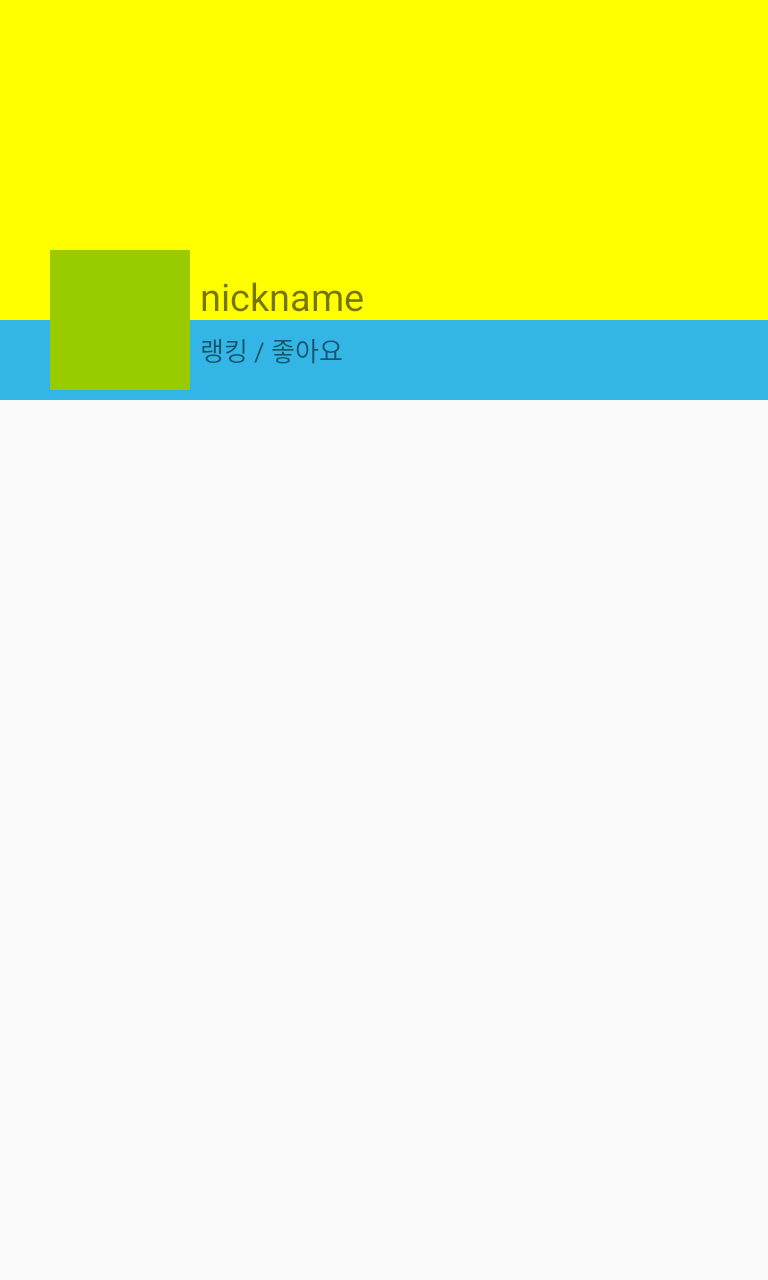
Repository: DAHYEON-PARK/SKP-GROUP
Layout: recipe/res/layout/fragment_category.xml
The author's editor kept a copy of each file at every save. The layout is drawn from the files as they stood at one save, then again after the next save.
It is drawn on a 768 x 1280 px phone screen (xhdpi) without system bars, with theme AppTheme; the app's code is not run.

Above is the layout before, as saved 2015-02-19 10:51:51.

### recipe/res/layout/fragment_category.xml
<?xml version="1.0" encoding="utf-8"?>
<LinearLayout xmlns:android="http://schemas.android.com/apk/res/android"
    android:layout_width="match_parent"
    android:layout_height="match_parent"
    android:orientation="vertical" >

    <FrameLayout
        android:layout_width="match_parent"
        android:layout_height="200dp"
        android:background="@color/blue">

        <ImageView
            android:layout_width="match_parent"
            android:layout_height="160dp"
            android:background="@color/yellow"/>

        <ImageView
            android:layout_width="70dp"
            android:layout_height="70dp"
            android:layout_marginTop="125dp"
            android:layout_marginLeft="25dp"
            android:background="@color/green"/>

        <TextView
            android:layout_width="wrap_content"
            android:layout_height="wrap_content"
            android:text="nickname"
            android:layout_marginTop="135dp"
            android:layout_marginLeft="100dp"
            android:textSize="@dimen/sp18"/>

        <TextView
            android:layout_width="wrap_content"
            android:layout_height="wrap_content"
            android:text="랭킹 / 좋아요"
            android:layout_marginTop="165dp"
            android:layout_marginLeft="100dp"
            android:textSize="@dimen/sp12"/>

    </FrameLayout>

    <LinearLayout
        android:layout_width="match_parent"
        android:layout_height="wrap_content">


    </LinearLayout>

</LinearLayout>

### recipe/res/values/color.xml
<?xml version="1.0" encoding="utf-8"?>
<resources>
    <item name="blue" type="color">#FF33B5E5</item>
    <item name="purple" type="color">#FFAA66CC</item>
    <item name="green" type="color">#FF99CC00</item>
    <item name="orange" type="color">#FFFFBB33</item>
    <item name="red" type="color">#FFFF4444</item>
    <item name="yellow" type="color">#FFFF00</item>
    <item name="brown" type="color">#A0522D</item>
    <item name="black" type="color">#000000</item>
    <item name="darkblue" type="color">#FF0099CC</item>
    <item name="darkpurple" type="color">#FF9933CC</item>
    <item name="darkgreen" type="color">#FF669900</item>
    <item name="darkorange" type="color">#FFFF8800</item>
    <item name="darkred" type="color">#FFCC0000</item>
</resources>

### recipe/res/values/dimens.xml
<resources>

    <!-- Default screen margins, per the Android Design guidelines. -->
    <dimen name="activity_horizontal_margin">16dp</dimen>
    <dimen name="activity_vertical_margin">16dp</dimen>

    <!--
         Per the design guidelines, navigation drawers should be between 240dp and 320dp:
         https://developer.android.com/design/patterns/navigation-drawer.html
    -->
    <dimen name="navigation_drawer_width">240dp</dimen>

    <dimen name="sp10">11sp</dimen>
    <dimen name="sp11">12sp</dimen>
    <dimen name="sp12">13sp</dimen>
    <dimen name="sp13">14sp</dimen>
    <dimen name="sp14">15sp</dimen>
    <dimen name="sp15">16sp</dimen>
    <dimen name="sp16">17sp</dimen>
    <dimen name="sp17">18sp</dimen>
    <dimen name="sp18">19sp</dimen>
    <dimen name="sp19">20sp</dimen>
    <dimen name="sp20">21sp</dimen>
    <dimen name="sp21">22sp</dimen>
    <dimen name="sp22">23sp</dimen>
    <dimen name="sp23">24sp</dimen>
    <dimen name="sp24">25sp</dimen>
    <dimen name="sp25">26sp</dimen>

</resources>

Loaded but not shown: recipe/res/values/styles.xml (common file); recipe/res/values-v11/styles.xml (common file); recipe/res/values-v14/styles.xml (common file)

After the next save:
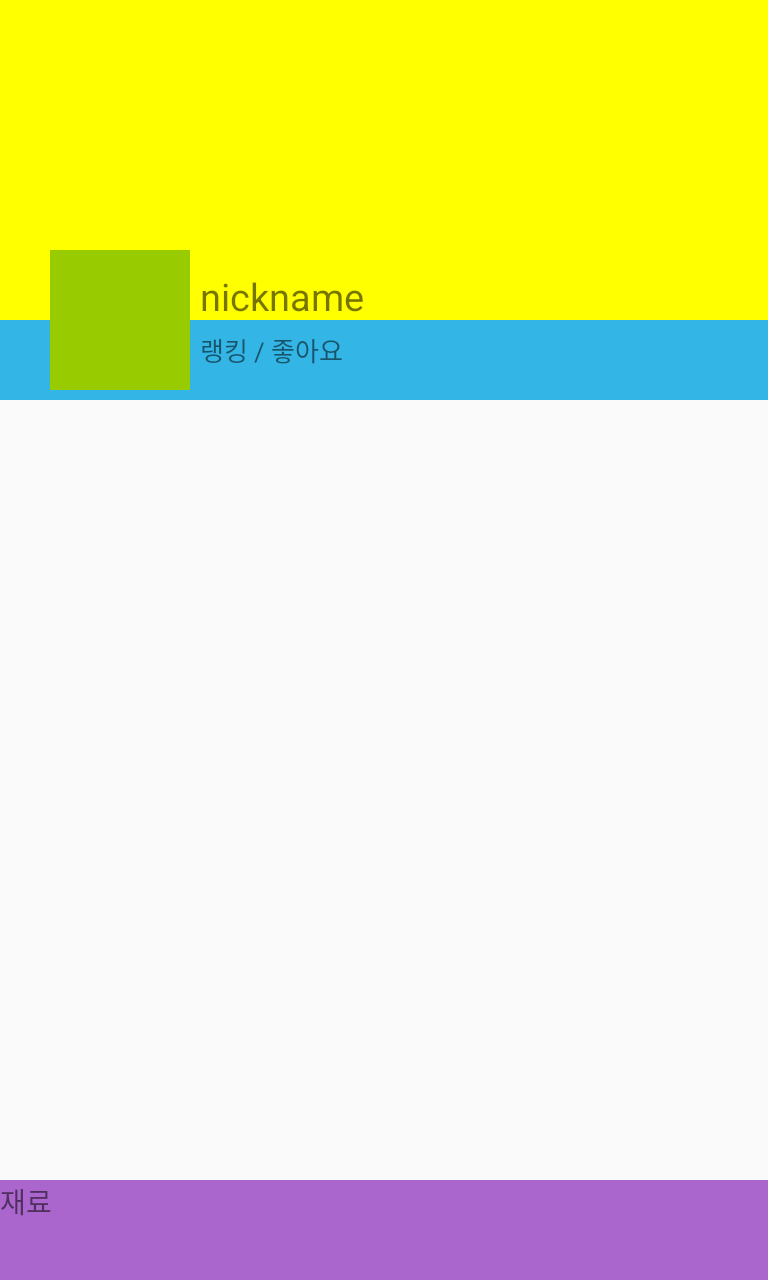
Saved 12 min 25 s later.
--- a/recipe/res/layout/fragment_category.xml
+++ b/recipe/res/layout/fragment_category.xml
@@ -39,11 +39,28 @@
 
     </FrameLayout>
 
+    <ScrollView
+        android:layout_width="match_parent"
+        android:layout_height="wrap_content"
+        android:layout_weight="1">
+
+        <ImageView
+            android:layout_width="match_parent"
+            android:layout_height="wrap_content" />
+
+    </ScrollView>
+
     <LinearLayout
         android:layout_width="match_parent"
-        android:layout_height="wrap_content">
+        android:layout_height="wrap_content"
+        android:orientation="horizontal"
+        android:background="@color/purple" >
 
-
+        <TextView
+            android:layout_width="0dp"
+            android:layout_height="50dp"
+            android:layout_weight="3"
+            android:text="재료"/>
     </LinearLayout>
 
 </LinearLayout>
